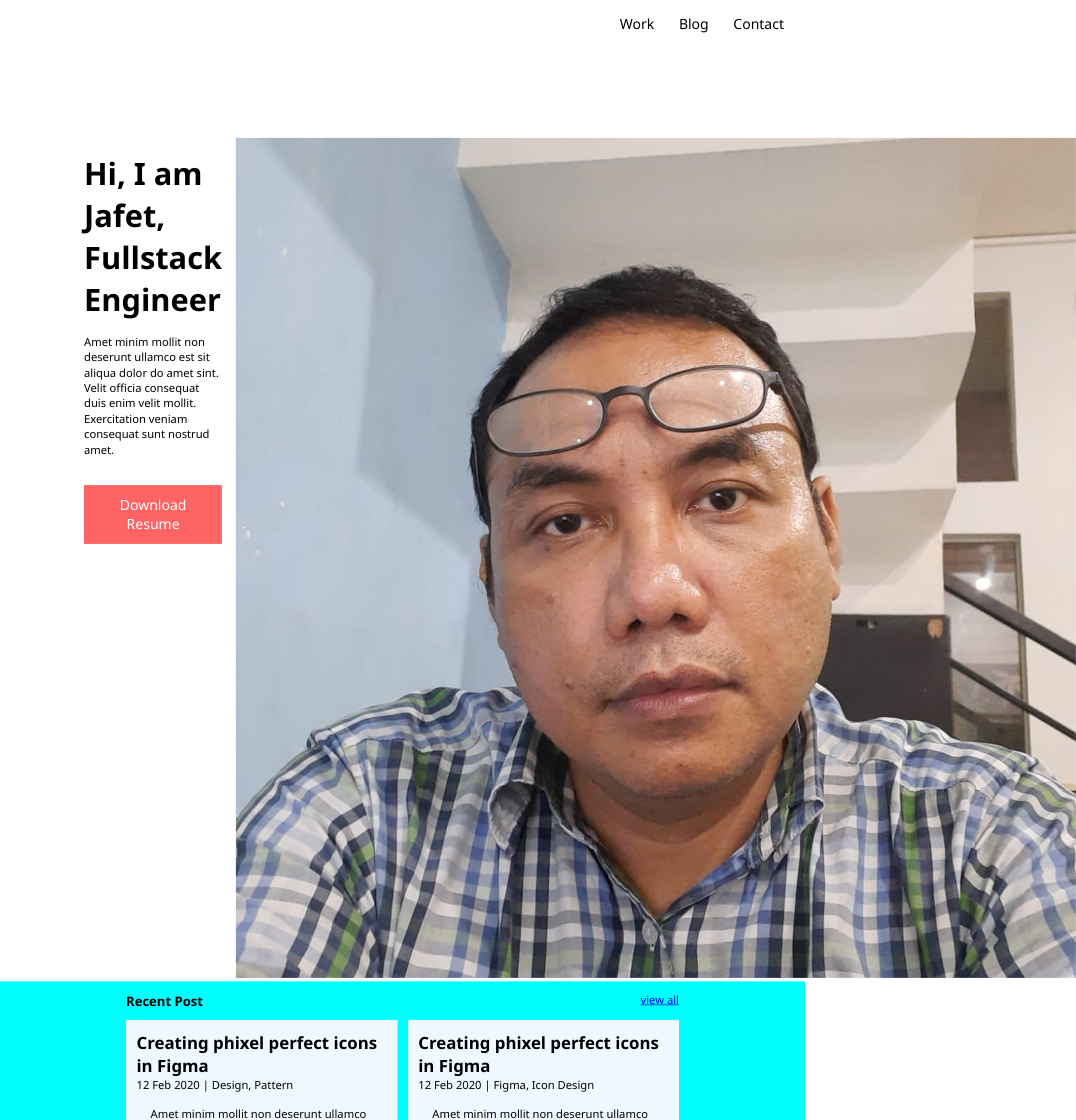
Repository: jafetdn73/portofolio
Page: index.html
An editor plug-in stored every save of this project. The page is shown before and after the next save, followed by the edit.
The browser window is 1280 px wide. The page is 1537 px wide, then 1280 px, so the pictures cover 1537 px, including what lies to the right of the window. The pictures show the part of the page from y = 0 to 1600 px (the page is 2662 px tall before and 1822 px after), at 70% of full size.

Above is the page before, as saved 2022-02-24 12:56:19.

After the next save:
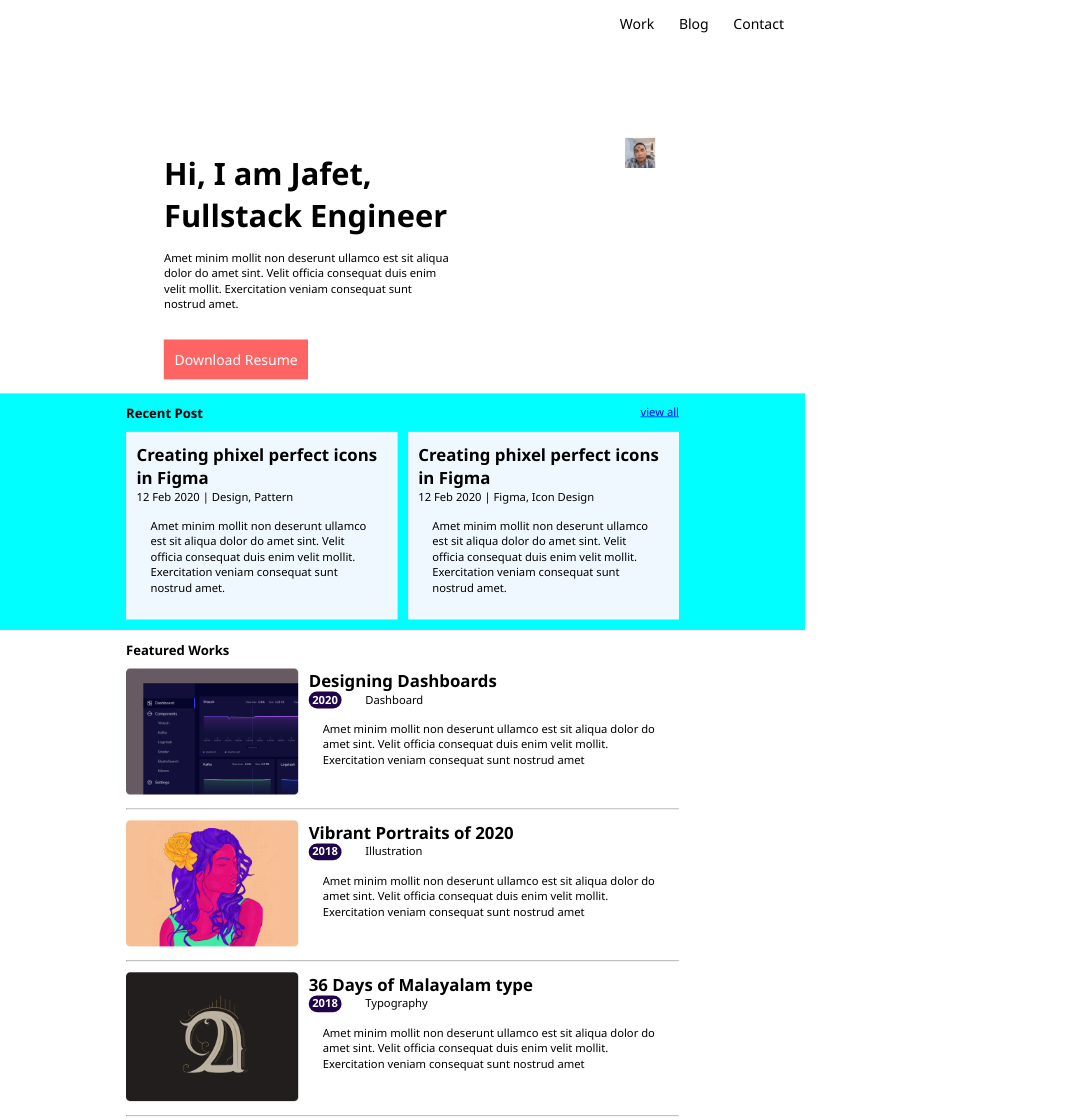
Saved 36 s later.
--- a/figma.css
+++ b/figma.css
@@ -27,7 +27,7 @@
     padding: 0 100px;
 }
 
-.hero-hero-image-src {
+.hero-image-src {
     width: 43px;
     height: 43px;
 }
